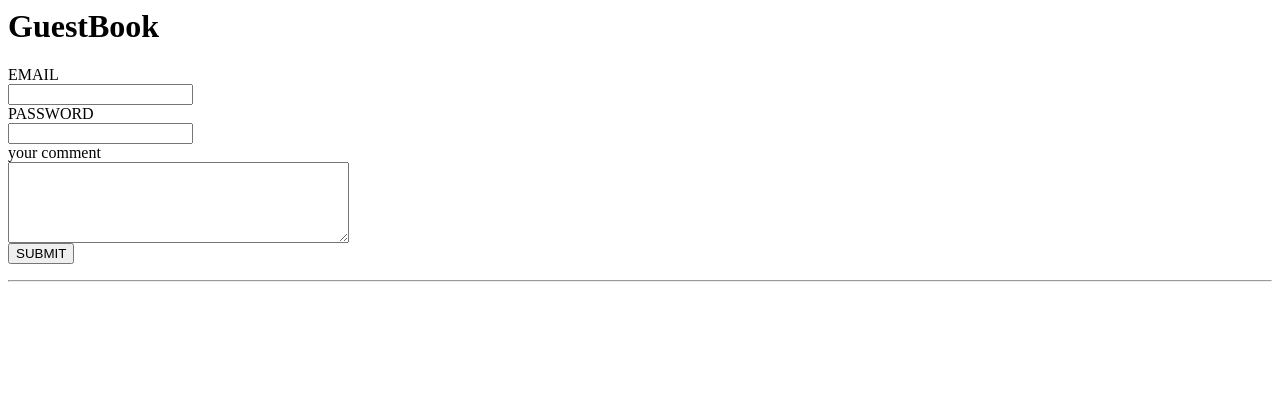
Repository: hibbah/BaseCamp
Page: http://localhost/GuestBook/guest/list
An editor plug-in stored every save of this project. The page is shown before and after the next save, followed by the edit.
The browser window is 1280 px wide. The pictures show the whole page.
The page is served by Tomcat 9. Other server files are loaded and not shown. Queries for data that is not in the repository find no rows.

Above is the page before, as saved 2015-12-31 10:09:28.

### workspace/GuestBook/src/servlets/ListServlet.java
package servlets;

import java.io.IOException;
import java.io.PrintWriter;
import java.sql.Connection;
import java.sql.DriverManager;
import java.sql.ResultSet;
import java.sql.Statement;

import javax.servlet.ServletException;
import javax.servlet.http.HttpServlet;
import javax.servlet.http.HttpServletRequest;
import javax.servlet.http.HttpServletResponse;

//@WebServlet("/guest/list")
public class ListServlet extends HttpServlet {

	@Override
	protected void doGet(HttpServletRequest request, HttpServletResponse response) throws ServletException, IOException {
		Connection conn = null;
		Statement stmt = null;
		ResultSet rs = null;

		try {
			// DriverManager를 이용한 java.sql.Driver 인터페이스 구현체를 등록
			DriverManager.registerDriver(new com.mysql.jdbc.Driver());

			// DB에 연결하고 DB접속 정보를 다루는 객체(Connection) 반환
			conn = DriverManager.getConnection(
					"jdbc:mysql://localhost/basecamp", //JDBC URL
					"root",	// DBMS user id
					"1234"); // DBMS user pwd

			// 연결한 DB에 대한 Connection객체로부터 SQL문을 보내는데 사용되는 객체 생성
			stmt = conn.createStatement();

			// members테이블로부터 CRE_DATE(작성시간)순으로 정렬하여 회원들의 정보를 뽑는 SQL문을 실행한 결과를 반환
			rs = stmt.executeQuery(
					"SELECT NUM, EMAIL, PWD, CONTENT, CRE_DATE " +
					"FROM guest " +
					"ORDER BY CRE_DATE DESC ");

			// default=???로 되어있으므로 getWriter()함수 호출전에 반드시 재설정
			// response.setContentType("test/html");
			// resopnse.setCharacterEncoding("UTF-8");
			response.setContentType("text/html; charset=UTF-8");

			// response객체의 출력버퍼(클라이언트로 보내는 데이터를 저장하는 버퍼)를 로드
			PrintWriter out = response.getWriter();

			out.println("<html><head><title>GuestBook</title></head>");
			out.println("<body><h1>GuestBook</h1>");

			// 방명록 입력 인터페이스
			out.println("<p><form action='list' method='post'>"); // 동일 서블릿(ListServlet)의 doPost()호출
			out.println("EMAIL<br>");
			out.println("<input type='text' name='email'><br>");
			out.println("PASSWORD<br>");
			out.println("<input type='text' name='pwd'><br>");
			out.println("your comment<br>");
			out.println("<textarea name='content' cols='40' rows='5'></textarea><br>");
			out.println("<input type='submit' value='SUBMIT'>");
			out.println("</form></p>");
			out.println("<hr><br><br>");

			while(rs.next()) {
				out.println(
					rs.getInt("NUM") + ", " +
					rs.getString("EMAIL") + ", " +
					rs.getString("PWD") + ", " +
					rs.getDate("CRE_DATE") + "<br>" +
					rs.getString("CONTENT") + "<br>"
				);
			}
			out.println("</body></html>");

		} catch (Exception e) {
			// 예외 발생시 ServletException객체에 현재 서블릿의 service()메서드를 호출한 서블릿컨테이너(톰캣)에게 예외를 던짐
			throw new ServletException(e);

		} finally {
			// 각종 자원 반환
			// 반드시 최하위 객체(ResultSet)부터 역순으로 해제 (각 객체가 서로에게 종속되어있기 때문)
			try {if (rs != null) rs.close();} catch(Exception e) {}
			try {if (stmt != null) stmt.close();} catch(Exception e) {}
			try {if (conn != null) conn.close();} catch(Exception e) {}
		}
	}
}

After the next save:
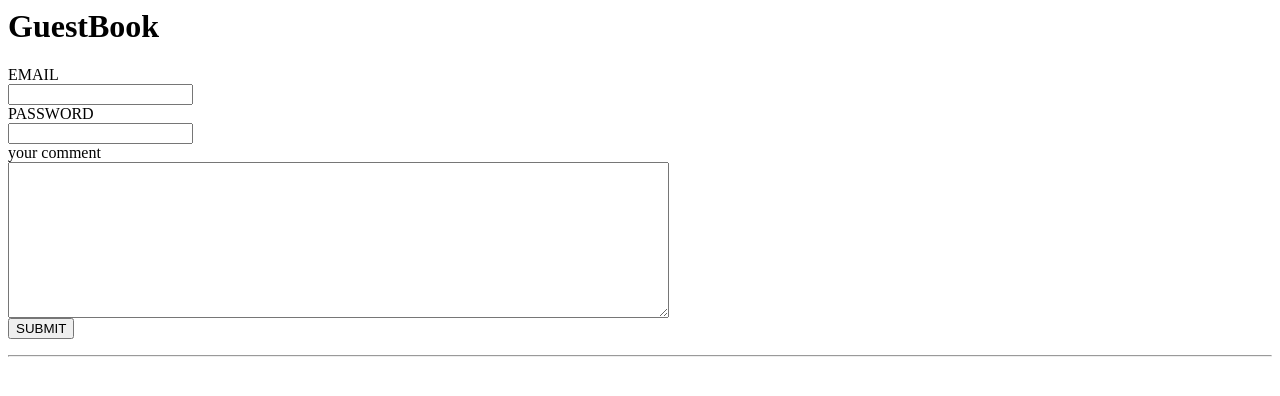
Saved 29 s later.
--- a/workspace/GuestBook/src/servlets/ListServlet.java
+++ b/workspace/GuestBook/src/servlets/ListServlet.java
@@ -58,7 +58,7 @@ public class ListServlet extends HttpServlet {
 			out.println("PASSWORD<br>");
 			out.println("<input type='text' name='pwd'><br>");
 			out.println("your comment<br>");
-			out.println("<textarea name='content' cols='40' rows='5'></textarea><br>");
+			out.println("<textarea name='content' cols='80' rows='10'></textarea><br>");
 			out.println("<input type='submit' value='SUBMIT'>");
 			out.println("</form></p>");
 			out.println("<hr><br><br>");
